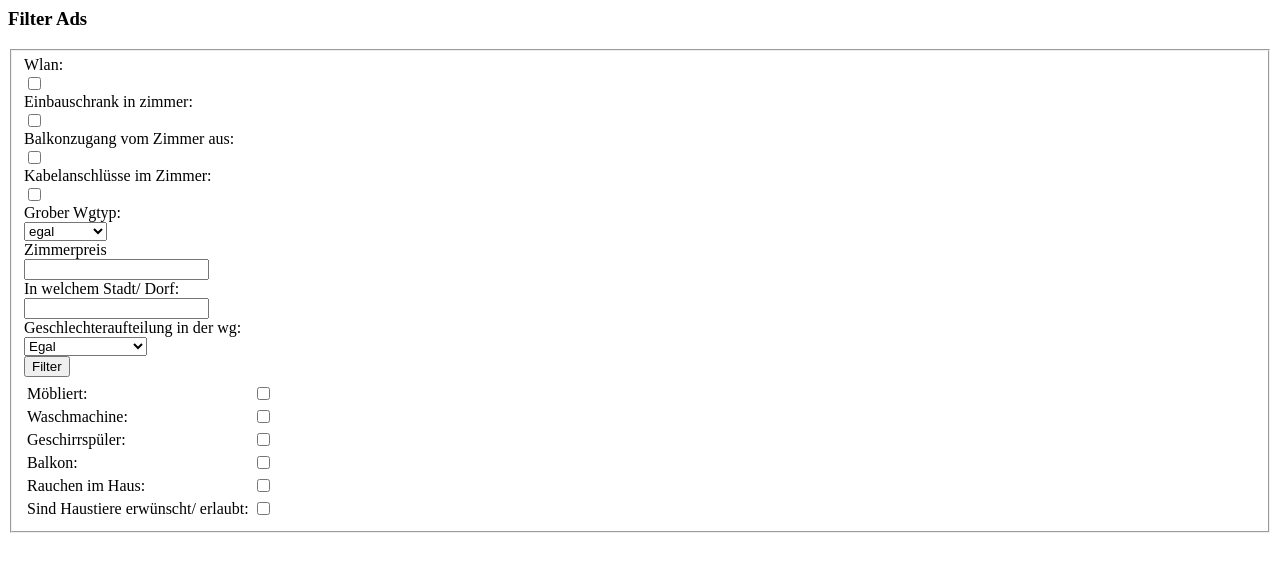
Repository: ese-unibe-ch/ese2014-team2
Page: http://localhost/Skeleton/pages/template/filter.jsp
The author's editor kept a copy of each file at every save. The page is drawn from the files as they stood at one save, then again after the next save.
The browser window is 1280 px wide. The pictures show the whole page.
The page is served by Tomcat 9. Nobody is signed in. The application's start-up code is not run. The template is opened directly, without the code that normally fills it, so the values that code supplies are empty.

Above is the page before, as saved 2014-10-30 16:37:40.

After the next save:
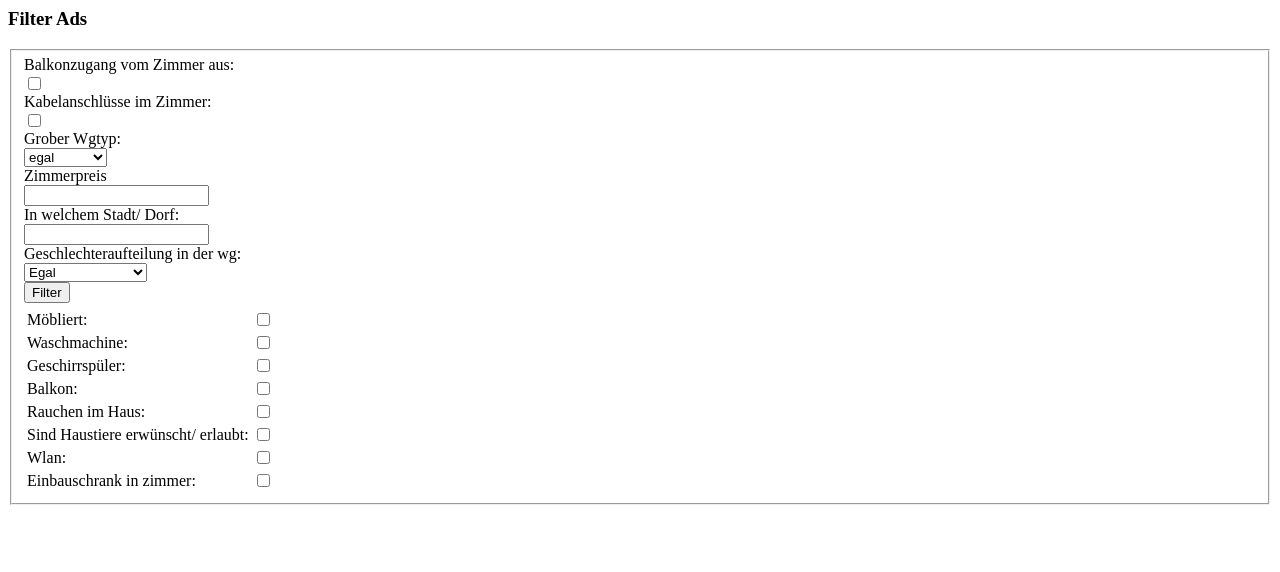
Saved 62 s later.
--- a/Skeleton/src/main/webapp/pages/template/filter.jsp
+++ b/Skeleton/src/main/webapp/pages/template/filter.jsp
@@ -83,6 +83,27 @@
 					</td>
 				</tr>
 
+				<tr>
+					<td>
+						<label class="control-label" for="field-wlan">Wlan:</label>
+					</td>
+					<td>
+						<div class="controls">
+							<form:checkbox	path="wlan" id="field-wlan" tabindex="7" />
+						</div>
+					</td>
+				</tr>
+
+				<tr>
+					<td>
+						<label class="control-label" for="field-closet">Einbauschrank in zimmer:</label>
+					</td>
+					<td>
+						<div class="controls">
+							<form:checkbox	path="hasBuiltInCloset" id="field-closet" tabindex="8" />
+						</div>
+					</td>
+				</tr>
 
 
 
@@ -98,16 +119,9 @@
 
 
 
-						<label class="control-label" for="field-wlan">Wlan:</label>
-						<div class="controls">
-						<form:checkbox	path="wlan" id="field-wlan" tabindex="7" />
-						</div>
 
 
-						<label class="control-label" for="field-closet">Einbauschrank in zimmer:</label>
-						<div class="controls">
-						<form:checkbox	path="hasBuiltInCloset" id="field-closet" tabindex="8" />
-						</div>
+
 
 
 					 </div>
